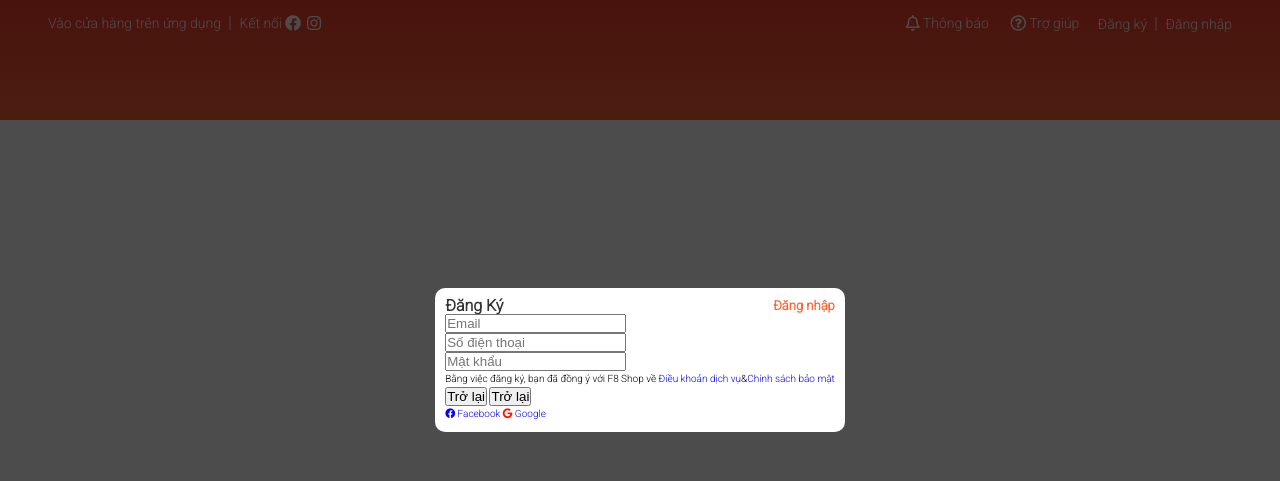
Repository: kebinh1235/Shopee-Demo
Page: index.html
The author's editor kept a copy of each file at every save. The page is drawn from the files as they stood at one save, then again after the next save.
The browser window is 1280 px wide. The pictures show the whole page.

Above is the page before, as saved 2021-10-01 22:17:31.

After the next save:
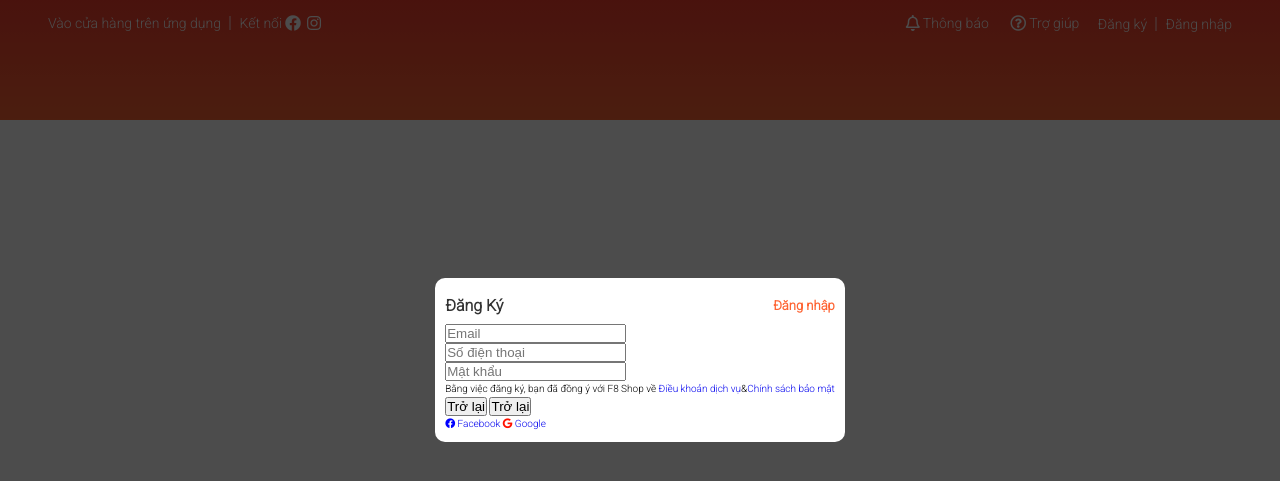
Saved 2 min 27 s later.
--- a/asset/css/main.css
+++ b/asset/css/main.css
@@ -230,6 +230,7 @@
   display: flex;
   justify-content: space-between;
   align-items: center;
+  padding: 10px 0;
 }
 .auth__form-heading{
   font-size: 1.6rem;
